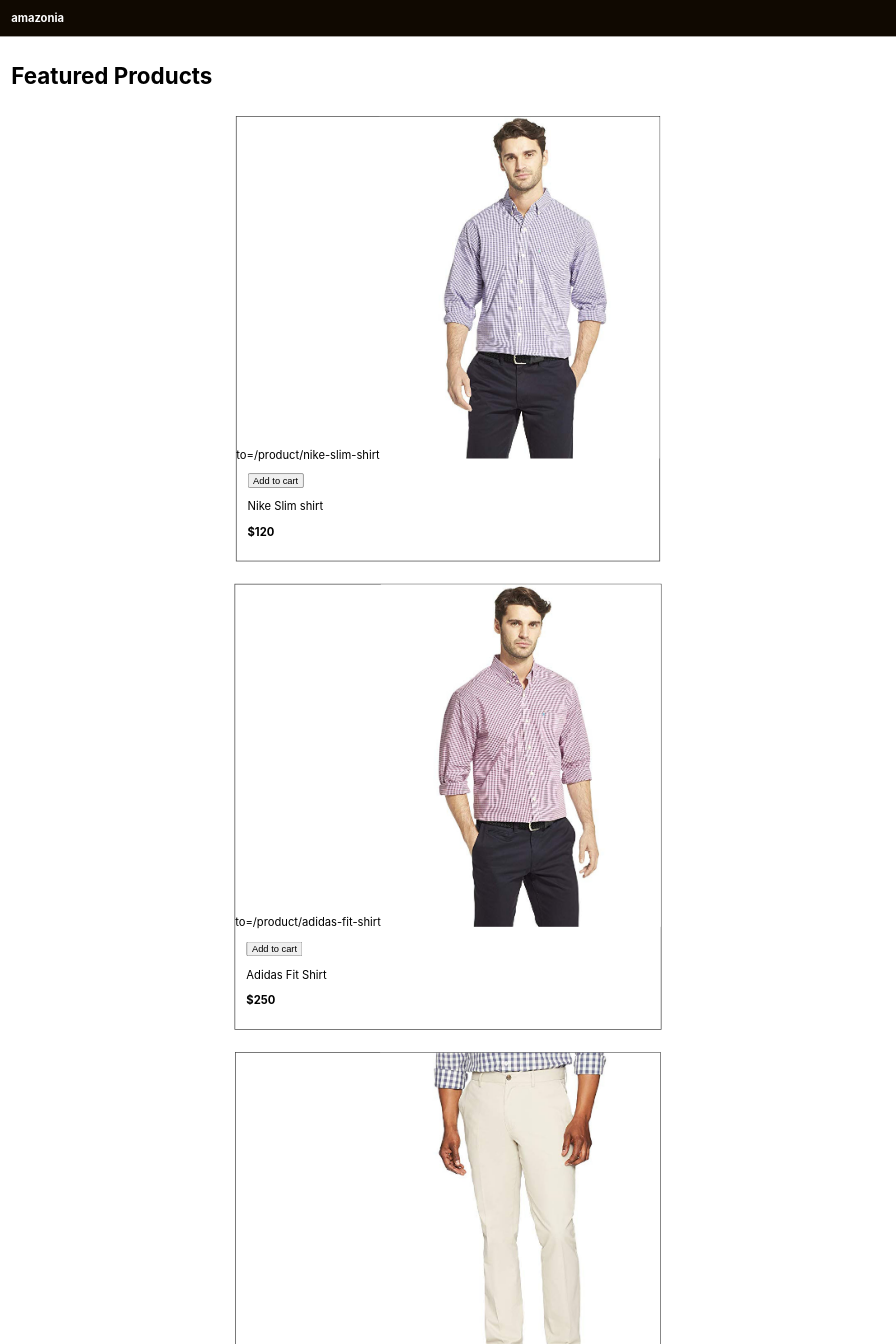
Repository: ninambash/E-comm-site
Page: /
These files come from the project's save history. The page is drawn as it stood at one moment and after a run of saves; the edit follows.
The browser window is 1280 px wide. The pictures show the part of the page from y = 0 to 1920 px (the page is 2839 px tall), at 70% of full size.
The project was rebuilt for these pictures with package versions that can differ from the ones it lists, and the page was loaded fresh each time. Also part of the build but not shown: src/screens/ProductScreen.jsx.

Above is the page before, as saved 2023-01-20 21:23:14.

### src/index.css
body {
  margin: 0;
  font-family: -apple-system, BlinkMacSystemFont, 'Segoe UI', 'Roboto', 'Oxygen',
    'Ubuntu', 'Cantarell', 'Fira Sans', 'Droid Sans', 'Helvetica Neue',
    sans-serif;
  -webkit-font-smoothing: antialiased;
  -moz-osx-font-smoothing: grayscale;
}
.site-container {
  min-height: 100vh;
}
main {
  flex: 1;
  padding: 1rem;

}
header a {
  color: #ffffff;
  text-decoration: none;
  font-weight: bold;


}
header a:hover {
  color: #f0c040;
  text-decoration: none;
  font-weight: bold;
}
header {
  background-color: #100901;
  color: #f0c040;
  padding: 1rem;
  display: flex;
  justify-content: space-between;
  align-items: center;
}
.btn-primary,
.btn-outline-primary {
  background-color: #f0c040;
  color: #000000;
}
.products {
  display: flex;
  flex-wrap: wrap;
  justify-content: center;
}

.rating span {
  color: #ffc000;
}

.product {
  border: 1px #404040 solid;
  margin: 1rem;
}
.product img {
  width: 100%;
  max-width: 400px;
}
.product-info {
  padding: 1rem;
}
.img-large {
  max-width: 100%;
}
.img-thumbnail {
  height: 80px;
}
.small-container {
  max-width: 600px;
}

.checkout-steps > div {
  border-bottom: 0.2rem solid #a0a0a0;
  color: #a0a0a0;
}
.checkout-steps > div.active {
  border-bottom: 0.2rem solid #f08000;
  color: #f08000;
}

/* sidebar */
.navbar-brand {
  font-weight: bold;
}
.side-navbar {
  width: 240px;
  height: 100%;
  position: absolute;
  left: -300px;
  background-color: #100901;
  transition: 0.5s;
}

.site-container {
  transition: 0.4s;
}
.active-cont {
  margin-left: 240px;
}
.active-nav {
  left: 0;
}
.text-bold {
  font-weight: bold;
}

/* Map */

.full-box {
  height: 100vh;
  max-width: initial;
}
.full-box header,
.full-box footer {
  display: none;
}
.full-box .container {
  height: 100vh;
  max-width: initial;
  margin: 0;
  padding: 0;
}

.full-box .mt-3 {
  margin-top: 0 !important;
}

.map-input-box {
  box-sizing: border-box;
  position: absolute;
  left: 0;
  right: 0;
  margin: 0.5rem auto;
  width: 25rem;
  height: 3rem;
  display: flex;
}
.map-input-box input {
  border-radius: 1rem 0 0 1rem;
  border-right: 0;
}
.map-input-box button {
  border-radius: 0 1rem 1rem 0;
  border-left: 0;
}
button.thumbnail {
  padding: 0;
}

### src/App.js

import { BrowserRouter,  Routes, Route, Link } from 'react-router-dom';
import HomeScreen from './screens/HomeScreen';
import ProductScreen from './screens/ProductScreen';



function App() {
  return (
    <BrowserRouter>
    <div>

      <header className='header'>
      <a href="/"> amazonia </a>

      </header>

      <main>
        <Routes>

          <Route path ="/product/:slug" element={<ProductScreen />}></Route>
         <Route path ="/" element={<HomeScreen />}></Route>



        </Routes>
      </main>
      </div>

    </BrowserRouter>


  );
}

export default App;

### src/screens/HomeScreen.jsx
import data from "../data"
import { Link } from "react-router-dom"

function HomeScreen ( ) {
    return (
        <div>

             <h1>Featured Products</h1>

                    <div className="products">

                    {data.products.map((product) => (

                        <div className="product" key={product.slug}>

                             to={`/product/${product.slug}`}

                        <img src={product.image} alt={product.name} />

                        <div className='product-info'>
                            <button>Add to cart</button>

                        <p>{product.name} </p>

                        <p> <strong>${product.price}</strong></p>

                        </div>

                        </div>
                    ))}


                    </div>
        </div>
    )
}






export default HomeScreen

### src/data.js
const data = {
    products: [
      {
        name: 'Nike Slim shirt',
        slug: 'nike-slim-shirt',
        category: 'Shirts',
        image: '/images/p1.jpg', // 679px × 829px
        price: 120,
        countInStock: 10,
        brand: 'Nike',
        rating: 4.5,
        numReviews: 10,
        description: 'high quality shirt',
      },
      {
        name: 'Adidas Fit Shirt',
        slug: 'adidas-fit-shirt',
        category: 'Shirts',
        image: '/images/p2.jpg',
        price: 250,
        countInStock: 20,
        brand: 'Adidas',
        rating: 4.0,
        numReviews: 10,
        description: 'high quality product',
      },
      {
        name: 'Nike Slim Pant',
        slug: 'nike-slim-pant',
        category: 'Pants',
        image: '/images/p3.jpg',
        price: 25,
        countInStock: 15,
        brand: 'Nike',
        rating: 4.5,
        numReviews: 14,
        description: 'high quality product',
      },
      {
        name: 'Adidas Fit Pant',
        slug: 'adidas-fit-pant',
        category: 'Pants',
        image: '/images/p4.jpg',
        price: 65,
        countInStock: 5,
        brand: 'Puma',
        rating: 4.5,
        numReviews: 10,
        description: 'high quality product',
      },
    ],
  };
  export default data;

Loaded but not shown: public/index.html (common file); src/index.js (common file); src/reportWebVitals.js (common file)

After the next 2 saves:
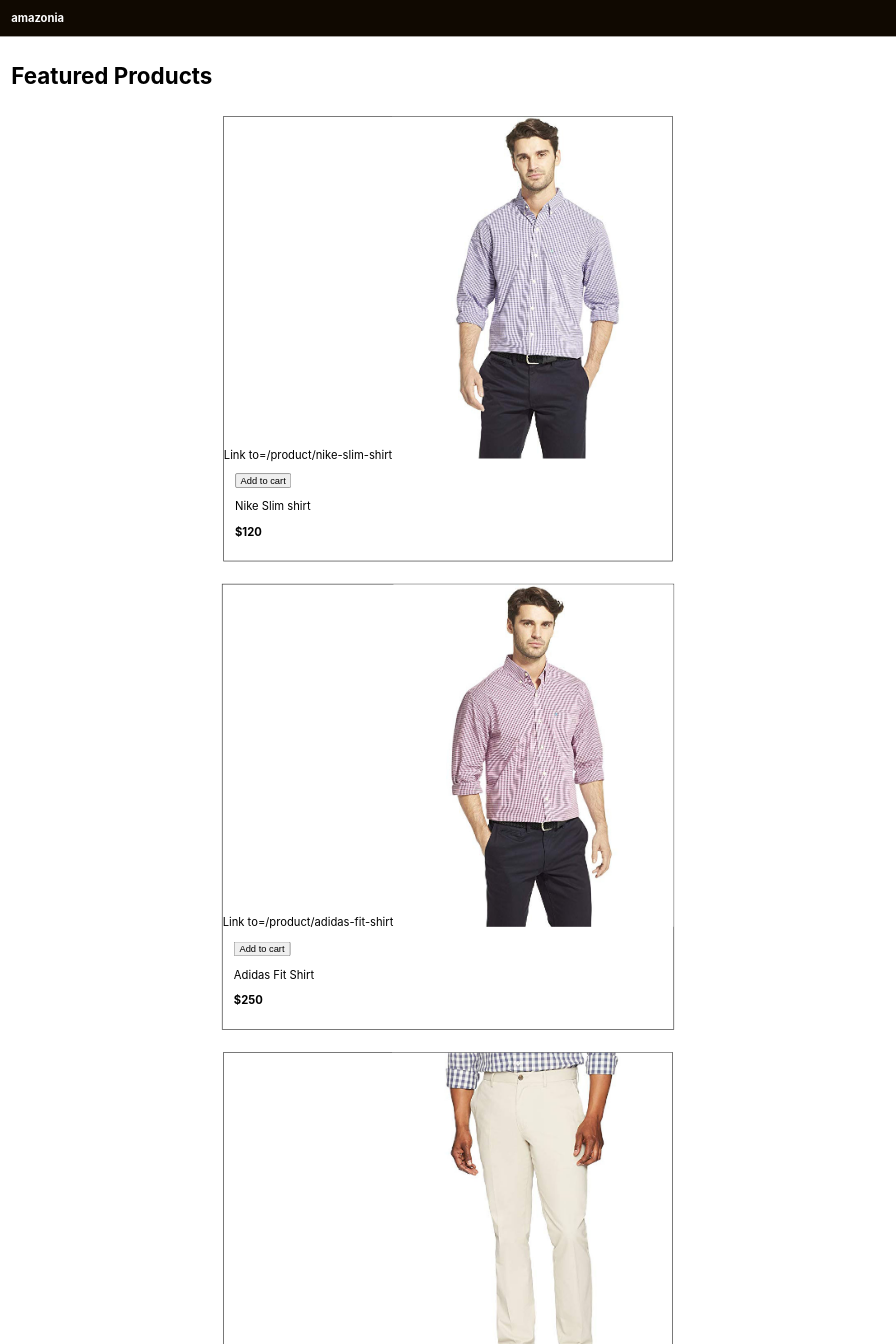
The 2 saves are shown as one change because they came seconds apart.
The last was saved 14 s later.
--- a/src/screens/HomeScreen.jsx
+++ b/src/screens/HomeScreen.jsx
@@ -13,7 +13,7 @@
 
                         <div className="product" key={product.slug}>
 
-                             to={`/product/${product.slug}`}
+                            Link to={`/product/${product.slug}`}
 
                         <img src={product.image} alt={product.name} />
 
